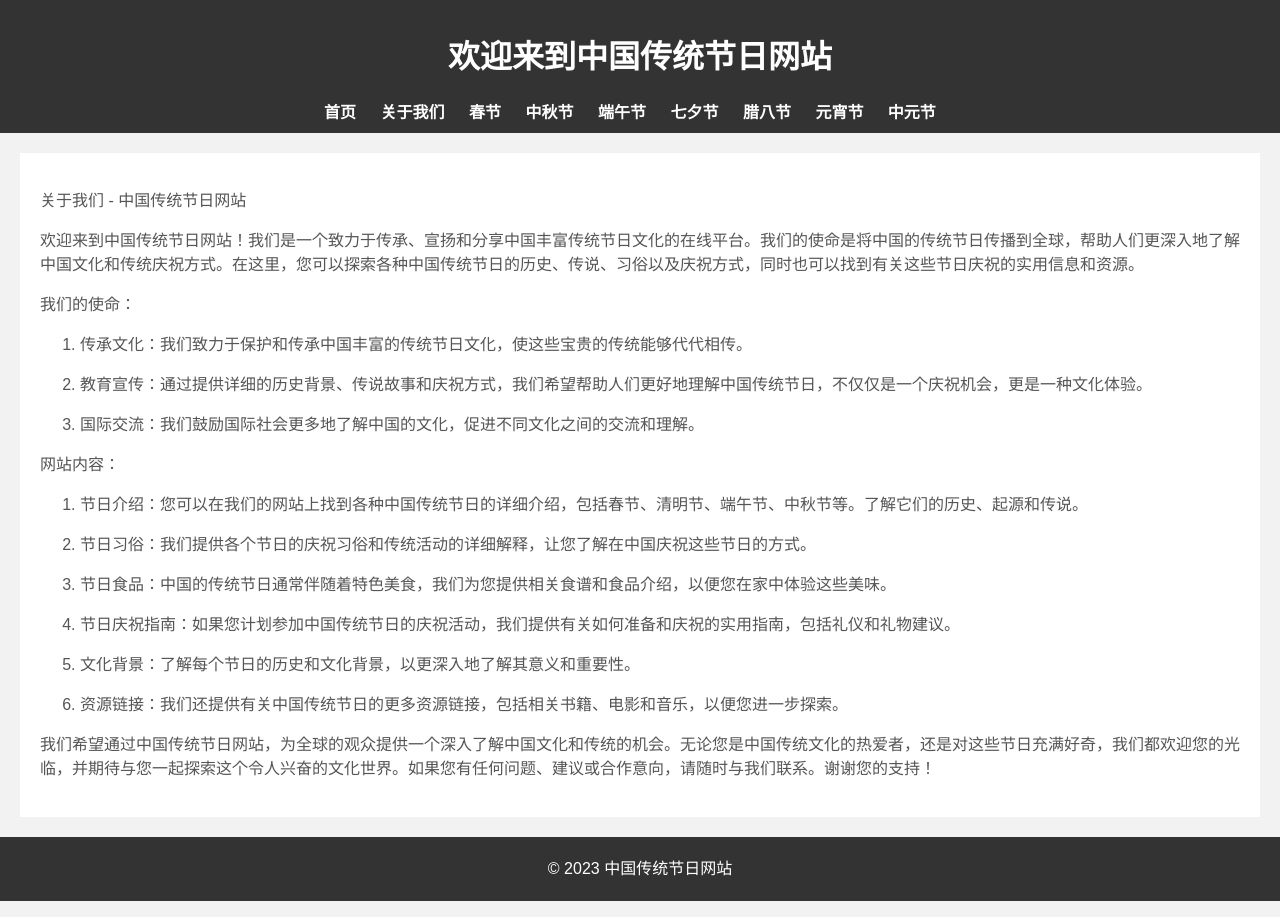
Repository: XueJie1/computer-operation-basics
Page: about.html
An editor plug-in stored every save of this project. The page is shown before and after the next save, followed by the edit.
The browser window is 1280 px wide. The pictures show the whole page.

Above is the page before, as saved 2023-09-03 16:31:36.

After the next save:
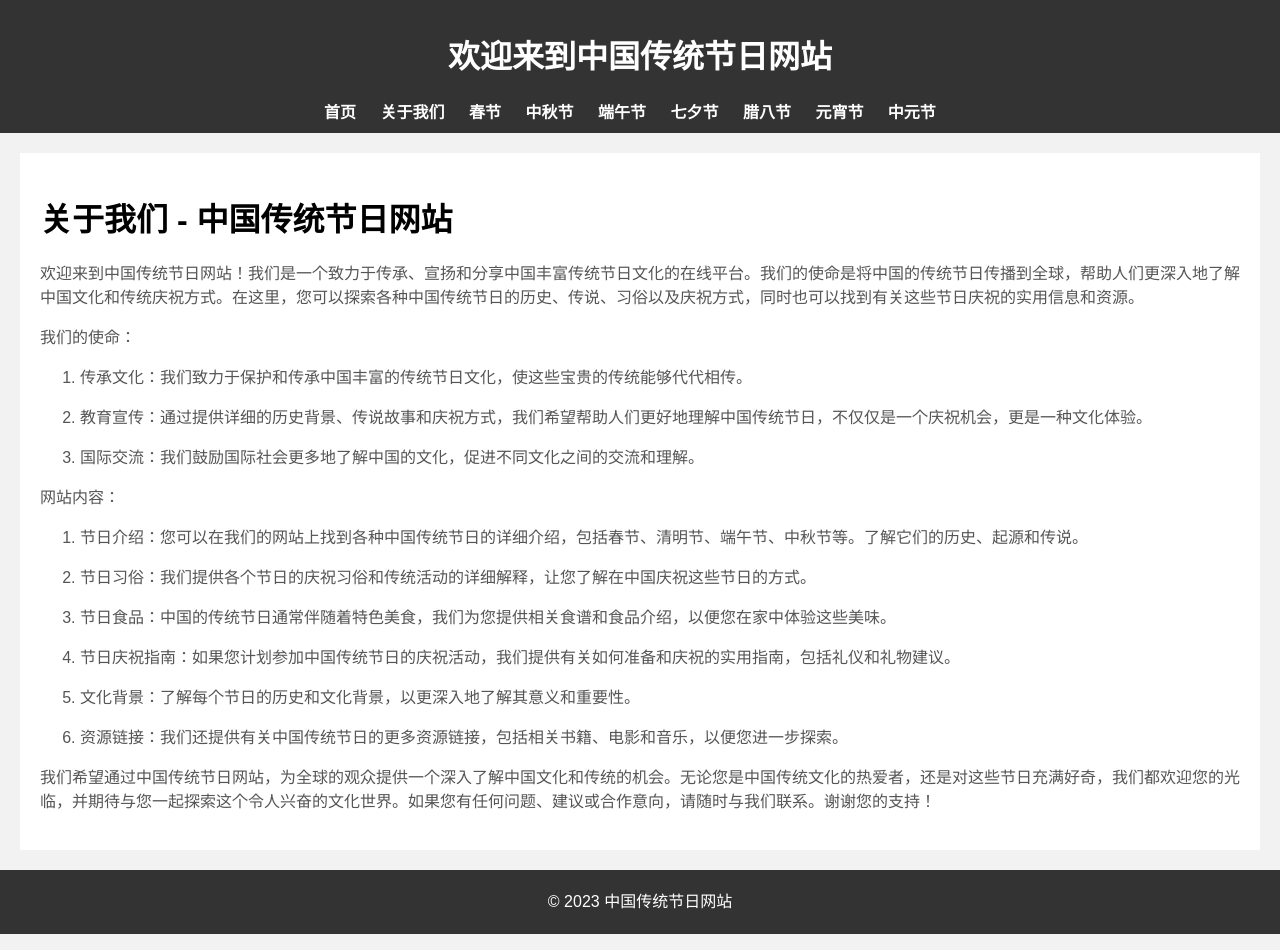
Saved 32 s later.
--- a/about.html
+++ b/about.html
@@ -29,7 +29,7 @@
         </nav>
     </header>
     <main>
-        <p>关于我们 - 中国传统节日网站</p>
+        <h1>关于我们 - 中国传统节日网站</h1>
         <p>欢迎来到中国传统节日网站！我们是一个致力于传承、宣扬和分享中国丰富传统节日文化的在线平台。我们的使命是将中国的传统节日传播到全球，帮助人们更深入地了解中国文化和传统庆祝方式。在这里，您可以探索各种中国传统节日的历史、传说、习俗以及庆祝方式，同时也可以找到有关这些节日庆祝的实用信息和资源。
         </p>
         <p>我们的使命：</p>
